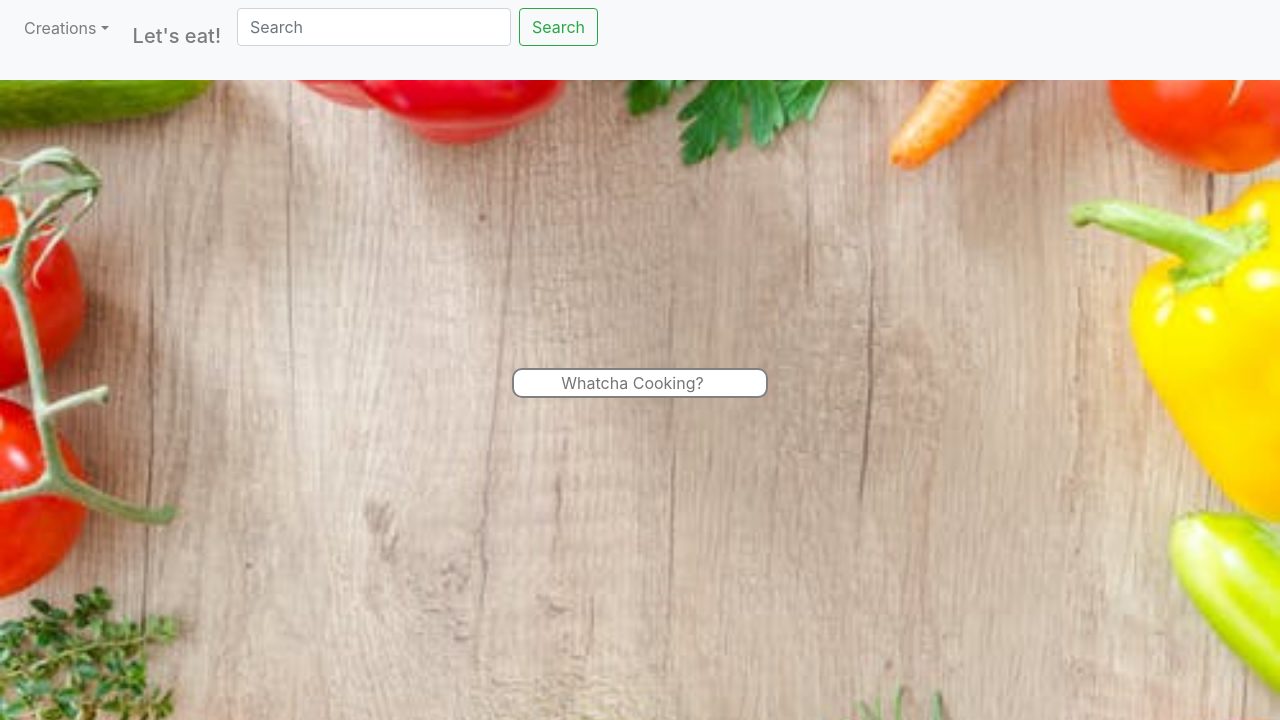
Repository: bandyp/cookBook
Page: index.html
The author's editor kept a record of every edit. The page is drawn from the files as they stood at one moment, then again after the next edit.
The browser window is 1280 px wide. The pictures show the whole page.

Above is the page before.

### index.html
<!doctype html>
<html lang="en">

<head>
    <!-- Required meta tags -->
    <meta charset="utf-8">
    <meta name="viewport" content="width=device-width, initial-scale=1, shrink-to-fit=no">

    <!-- Bootstrap CSS -->
    <link rel="stylesheet" href="https://stackpath.bootstrapcdn.com/bootstrap/4.3.1/css/bootstrap.min.css" integrity="sha384-ggOyR0iXCbMQv3Xipma34MD+dH/1fQ784/j6cY/iJTQUOhcWr7x9JvoRxT2MZw1T" crossorigin="anonymous">
    <link rel="stylesheet" href="static/css/style.css" type="text/css" />
    <title>CookBook</title>
</head>

<body>
    <nav class="navbar navbar-expand-md navbar-light bg-light">
        <button class="navbar-toggler" type="button" data-toggle="collapse" data-target="#navbarSupportedContent" aria-controls="navbarSupportedContent" aria-expanded="false" aria-label="Toggle navigation">
            <span class="navbar-toggler-icon"></span>
            </button>
        <div class="collapse navbar-collapse" id="navbarSupportedContent">
            <ul class="navbar-nav mr-auto">
                <li class="nav-item dropdown">
                    <a class="nav-link dropdown-toggle" href="#" id="navbarDropdown" role="button" data-toggle="dropdown" aria-haspopup="true" aria-expanded="false">Creations</a>
                    <div class="dropdown-menu" aria-labelledby="navbarDropdown">
                        <a class="dropdown-item" href="#">Breakfast</a>
                        <a class="dropdown-item" href="#">Lunch</a>
                        <a class="dropdown-item" href="#">Dinner</a>
                        <a class="dropdown-item" href="#">Starter</a>
                        <a class="dropdown-item" href="#">Dessert</a>
                        <a class="dropdown-item" href="#">Snacks</a>
                        <div class="dropdown-divider"></div>
                        <a class="dropdown-item" href="#">International Favourites</a>
                    </div>
                </li>
                <li>
                    <nav class="navbar navbar-light bg-light">
                        <span class="navbar-text"><h5>Let's eat!</h5></span>
                    </nav>
                </li>
                <li>
                    <form class="form-inline my-2 my-lg-0">
                        <input class="form-control mr-sm-2" type="search" placeholder="Search" aria-label="Search">
                        <button class="btn btn-outline-success my-2 my-sm-0" type="submit">Search</button>
                    </form>
                </li>
            </ul>
        </div>




    </nav>
    <div class="box">
        <input type="search" id="search" placeholder="Whatcha Cooking?" />
    </div>
    <script src="https://code.jquery.com/jquery-3.3.1.slim.min.js" integrity="sha384-q8i/X+965DzO0rT7abK41JStQIAqVgRVzpbzo5smXKp4YfRvH+8abtTE1Pi6jizo" crossorigin="anonymous"></script>
    <script src="https://cdnjs.cloudflare.com/ajax/libs/popper.js/1.14.7/umd/popper.min.js" integrity="sha384-UO2eT0CpHqdSJQ6hJty5KVphtPhzWj9WO1clHTMGa3JDZwrnQq4sF86dIHNDz0W1" crossorigin="anonymous"></script>
    <script src="https://stackpath.bootstrapcdn.com/bootstrap/4.3.1/js/bootstrap.min.js" integrity="sha384-JjSmVgyd0p3pXB1rRibZUAYoIIy6OrQ6VrjIEaFf/nJGzIxFDsf4x0xIM+B07jRM" crossorigin="anonymous"></script>
</body>

</html>

### static/css/style.css
body {
    background-image: url("food_background.jpg");
    background-color: green;
    background-repeat: no-repeat;
    background-size: cover;
    height: 100vh;
}

.box {
    width: 100%;
    text-align: center;
}

#search {
    margin: 40vh auto;
    display: inline-block;
    border-radius: 10px;
    border-style: solid;
    border-color: grey;
    text-align: center;
}

.heading {
    text-align: center;
    margin-top: 10vh;
}

After the next edit:
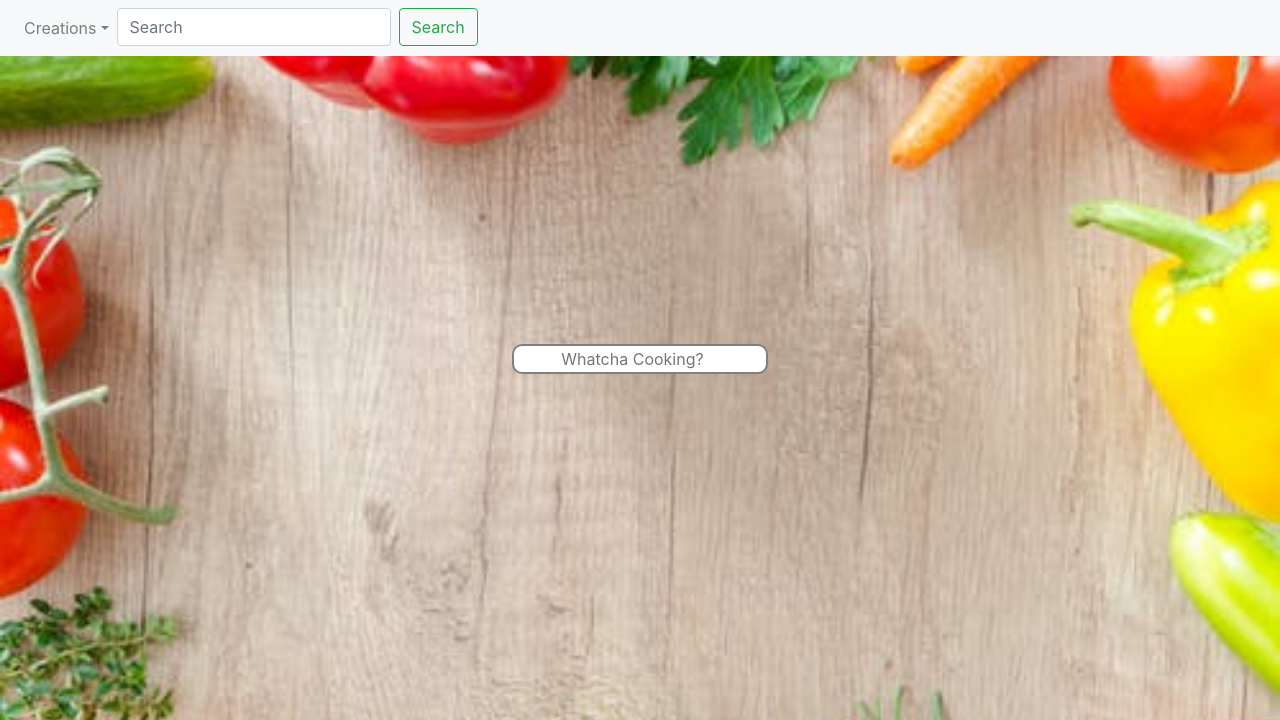
The edit:
--- a/index.html
+++ b/index.html
@@ -33,11 +33,6 @@
                     </div>
                 </li>
                 <li>
-                    <nav class="navbar navbar-light bg-light">
-                        <span class="navbar-text"><h5>Let's eat!</h5></span>
-                    </nav>
-                </li>
-                <li>
                     <form class="form-inline my-2 my-lg-0">
                         <input class="form-control mr-sm-2" type="search" placeholder="Search" aria-label="Search">
                         <button class="btn btn-outline-success my-2 my-sm-0" type="submit">Search</button>
